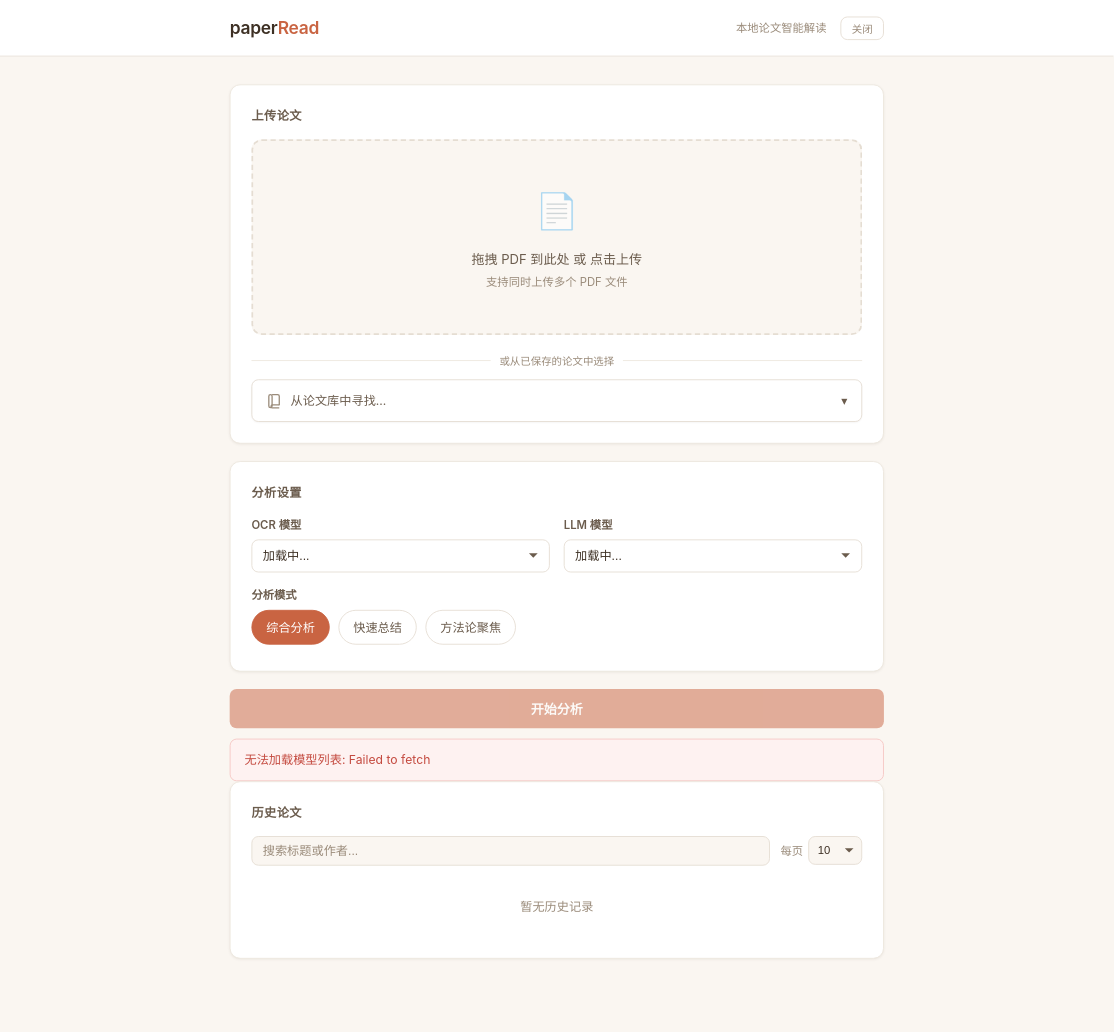
Repository: Skywarder0409/paperRead
Page: src/web/static/index.html
These files come from the project's save history. The page is drawn as it stood at one moment and after the next save; the edit follows.
The browser window is 1280 px wide. The pictures show the whole page, at 87% of full size.
The page's requests for data from a server got no answer.

Above is the page before, as saved 2026-02-06 16:38:38.
Console error: TypeError: Cannot read properties of null (reading 'addEventListener')

### src/web/static/index.html
<!DOCTYPE html>
<html lang="zh-CN">

<head>
    <meta charset="UTF-8">
    <meta name="viewport" content="width=device-width, initial-scale=1.0">
    <title>paperRead - 本地论文智能解读</title>
    <link rel="stylesheet" href="/static/style.css">
</head>

<body>
    <header class="header">
        <div class="header-inner">
            <div>
                <h1>paper<span>Read</span></h1>
            </div>
            <div class="header-right">
                <div class="header-subtitle">本地论文智能解读</div>
                <button class="btn-shutdown" id="btnShutdown" title="关闭服务器">关闭</button>
            </div>
        </div>
    </header>

    <main class="container">
        <!-- 上传区域 -->
        <div class="card">
            <div class="card-title">上传论文</div>
            <div class="upload-zone" id="uploadZone">
                <div class="upload-zone-icon">&#128196;</div>
                <div class="upload-zone-text">拖拽 PDF 到此处 或 点击上传</div>
                <div class="upload-zone-hint">支持同时上传多个 PDF 文件</div>
                <input type="file" id="fileInput" accept=".pdf" multiple>
            </div>
            <div class="file-list" id="fileList"></div>

            <div class="papers-divider">或从已保存的论文中选择</div>

            <!-- 已选论文卡槽 -->
            <div class="selected-chips" id="selectedChips"></div>

            <div class="papers-dropdown" id="papersDropdown">
                <div class="papers-dropdown-header" id="papersDropdownHeader">
                    <div class="papers-dropdown-header-main">
                        <svg class="icon" viewBox="0 0 24 24" fill="none" stroke="currentColor" stroke-width="2">
                            <path
                                d="M4 19.5v-15A2.5 2.5 0 0 1 6.5 2a2.5 2.5 0 0 1 2.5 2.5v15a2.5 2.5 0 0 1-2.5 2.5A2.5 2.5 0 0 1 4 19.5Z" />
                            <path d="M20 22.5h-10.5c-.5 0-1-.2-1.4-.6a2.5 2.5 0 0 1 0-3.4c.4-.4.9-.6 1.4-.6H20" />
                            <path d="M20 18.5v-14a2.5 2.5 0 0 0-2.5-2.5H9" />
                        </svg>
                        <span class="papers-dropdown-placeholder">从论文库中寻找...</span>
                    </div>
                    <span class="papers-dropdown-arrow">&#9662;</span>
                </div>
                <div class="papers-dropdown-content" id="papersDropdownContent">
                    <div class="papers-dropdown-search">
                        <svg class="search-icon" viewBox="0 0 24 24" fill="none" stroke="currentColor" stroke-width="2">
                            <circle cx="11" cy="11" r="8" />
                            <path d="m21 21-4.3-4.3" />
                        </svg>
                        <input type="text" id="libSearchInput" placeholder="请输入关键词搜索论文...">
                    </div>
                    <div class="papers-dropdown-actions">
                        <button type="button" id="libSelectAll" class="btn-text">全选</button>
                        <button type="button" id="libClearAll" class="btn-text">清除</button>
                    </div>
                    <div class="papers-dropdown-list" id="papersLibrary">
                        <div class="papers-library-status">正在连接论文库...</div>
                    </div>
                </div>
            </div>
        </div>

        <!-- 模型与模式选择 -->
        <div class="card">
            <div class="card-title">分析设置</div>
            <div class="form-row">
                <div class="form-group">
                    <label for="ocrModel">OCR 模型</label>
                    <select id="ocrModel">
                        <option value="">加载中...</option>
                    </select>
                </div>
                <div class="form-group">
                    <label for="llmModel">LLM 模型</label>
                    <select id="llmModel">
                        <option value="">加载中...</option>
                    </select>
                </div>
            </div>
            <div class="form-group">
                <label>分析模式</label>
                <div class="mode-group">
                    <div class="mode-option">
                        <input type="radio" name="analysisType" id="modeComprehensive" value="comprehensive" checked>
                        <label for="modeComprehensive">综合分析</label>
                    </div>
                    <div class="mode-option">
                        <input type="radio" name="analysisType" id="modeQuick" value="quick">
                        <label for="modeQuick">快速总结</label>
                    </div>
                    <div class="mode-option">
                        <input type="radio" name="analysisType" id="modeMethodology" value="methodology_focus">
                        <label for="modeMethodology">方法论聚焦</label>
                    </div>
                </div>
            </div>
        </div>

        <!-- 开始按钮 -->
        <button class="btn btn-primary" id="btnAnalyze" disabled>开始分析</button>
        <div class="error-msg" id="errorMsg"></div>

        <!-- 进度 -->
        <div class="card progress-section" id="progressSection">
            <div class="card-title">分析进度<span class="progress-file-info" id="progressFileInfo"></span></div>
            <div class="progress-header">
                <span class="progress-stage" id="progressStage">准备中...</span>
                <div class="progress-right">
                    <span class="progress-timer" id="progressTimer">00:00</span>
                    <span class="progress-percent" id="progressPercent">0%</span>
                </div>
            </div>
            <div class="progress-bar">
                <div class="progress-fill" id="progressFill"></div>
            </div>
            <div class="progress-detail" id="progressDetail"></div>
        </div>

        <!-- 结果 -->
        <div class="card result-section" id="resultSection">
            <div class="card-title">分析结果</div>
            <div class="result-tabs">
                <button class="result-tab active" data-tab="markdown">报告</button>
                <button class="result-tab" data-tab="json">JSON 数据</button>
            </div>
            <div class="result-content" id="resultMarkdown"></div>
            <div class="result-content result-json" id="resultJson"></div>
            <div class="download-bar" id="downloadBar">
                <button class="btn-download" id="btnDownloadMd">下载 Markdown 报告</button>
                <button class="btn-download btn-download-secondary" id="btnDownloadJson">下载 JSON 数据</button>
            </div>
        </div>

        <!-- 历史论文 -->
        <div class="card" id="historySection">
            <div class="card-title">历史论文</div>
            <div class="history-toolbar">
                <input type="text" class="history-search" id="historySearch" placeholder="搜索标题或作者...">
                <div class="history-page-size">
                    <label for="historyPageSize">每页</label>
                    <select id="historyPageSize">
                        <option value="10" selected>10</option>
                        <option value="50">50</option>
                        <option value="100">100</option>
                    </select>
                </div>
            </div>
            <div class="history-list" id="historyList">
                <div class="history-empty">暂无历史记录</div>
            </div>
            <div class="history-pagination" id="historyPagination"></div>
        </div>
    </main>

    <script src="/static/app.js?v=4"></script>
</body>

</html>

Loaded but not shown: src/web/static/app.js (982 lines, source omitted); src/web/static/style.css (1201 lines, source omitted)

After the next save:
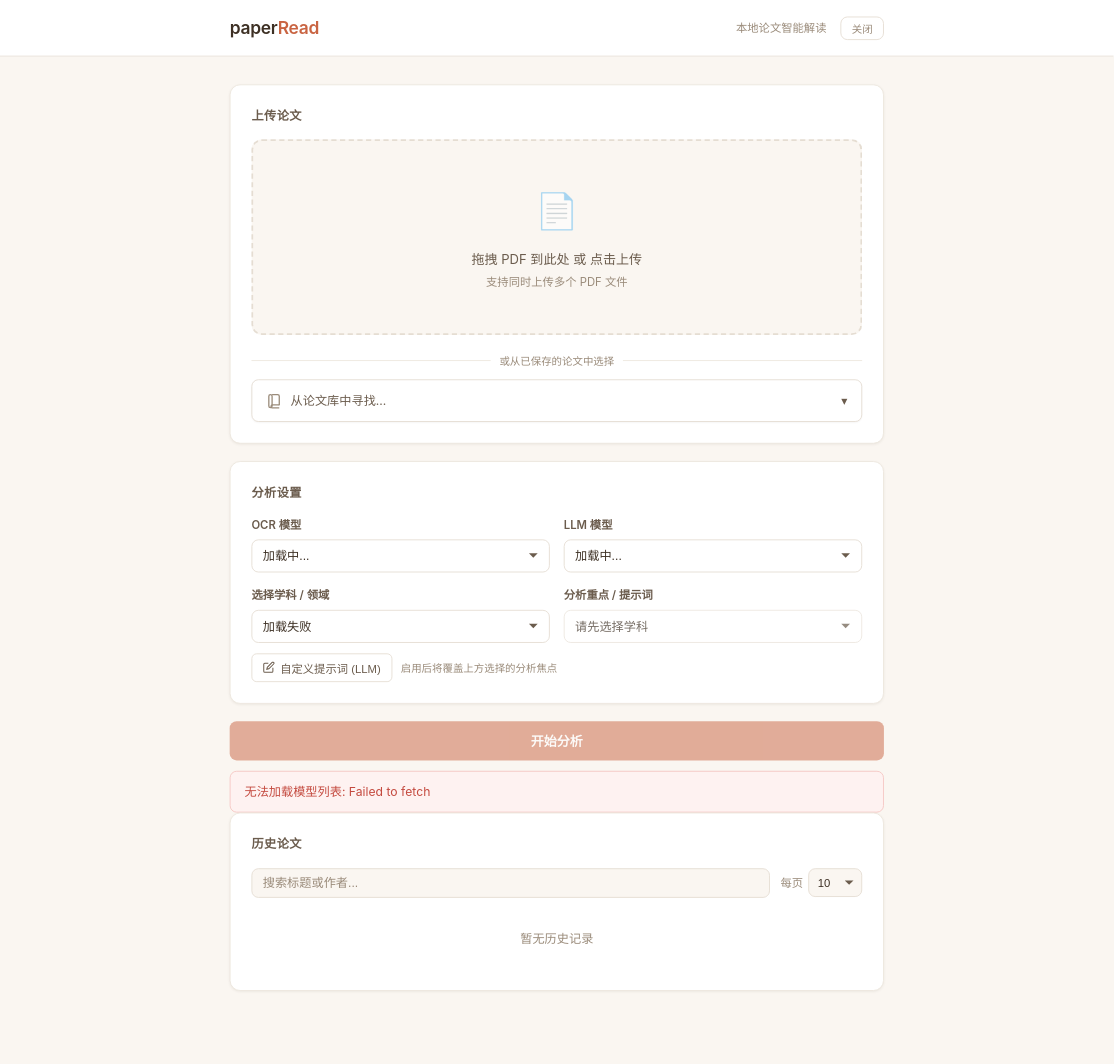
The error is gone.
Saved 108 s later.
--- a/src/web/static/index.html
+++ b/src/web/static/index.html
@@ -87,21 +87,41 @@
                     </select>
                 </div>
             </div>
-            <div class="form-group">
-                <label>分析模式</label>
-                <div class="mode-group">
-                    <div class="mode-option">
-                        <input type="radio" name="analysisType" id="modeComprehensive" value="comprehensive" checked>
-                        <label for="modeComprehensive">综合分析</label>
-                    </div>
-                    <div class="mode-option">
-                        <input type="radio" name="analysisType" id="modeQuick" value="quick">
-                        <label for="modeQuick">快速总结</label>
-                    </div>
-                    <div class="mode-option">
-                        <input type="radio" name="analysisType" id="modeMethodology" value="methodology_focus">
-                        <label for="modeMethodology">方法论聚焦</label>
-                    </div>
+            <div class="form-grid">
+                <div class="form-group">
+                    <label>选择学科 / 领域</label>
+                    <select id="analysisSubject">
+                        <option value="">正在加载库...</option>
+                    </select>
+                </div>
+                <div class="form-group">
+                    <label>分析重点 / 提示词</label>
+                    <select id="analysisMode" disabled>
+                        <option value="">请先选择学科</option>
+                    </select>
+                </div>
+            </div>
+
+            <div class="custom-prompt-trigger">
+                <button type="button" id="btnShowCustomPrompt" class="btn-outline-sm">
+                    <svg class="icon-sm" viewBox="0 0 24 24" fill="none" stroke="currentColor" stroke-width="2">
+                        <path d="M11 4H4a2 2 0 0 0-2 2v14a2 2 0 0 0 2 2h14a2 2 0 0 0 2-2v-7" />
+                        <path d="M18.5 2.5a2.121 2.121 0 0 1 3 3L12 15l-4 1 1-4 9.5-9.5z" />
+                    </svg>
+                    自定义提示词 (LLM)
+                </button>
+                <span class="text-hint">启用后将覆盖上方选择的分析焦点</span>
+            </div>
+
+            <div class="custom-prompt-area" id="customPromptArea">
+                <textarea id="customPromptText"
+                    placeholder="在此输入自定义核心指令，系统会自动注入论文内容。例如：&#10;请帮我提取这篇论文涉及的所有数学公式，并给出简要解释。"></textarea>
+                <div class="custom-prompt-actions">
+                    <label class="custom-save-switch">
+                        <input type="checkbox" id="saveCustomPrompt">
+                        <span class="save-label">保存到库 (学科: 自定义)</span>
+                    </label>
+                    <input type="text" id="customPromptName" placeholder="命名这个提示词..." class="input-sm">
                 </div>
             </div>
         </div>
